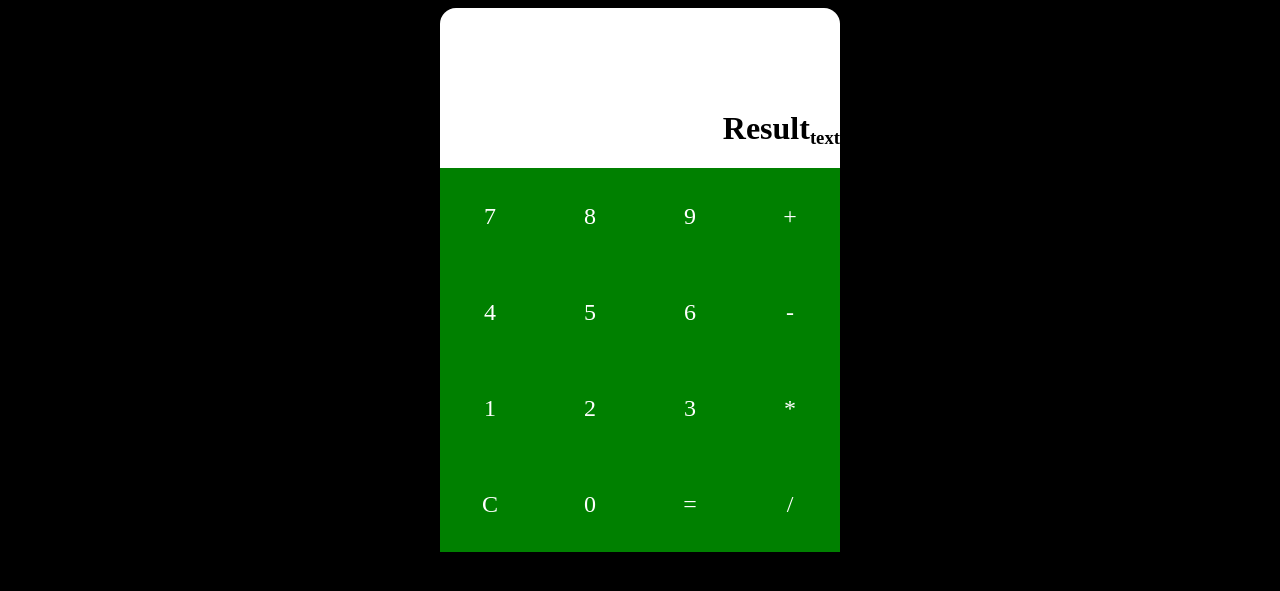
Repository: rajratangm/xcalculator
Page: /
An editor plug-in stored every save of this project. The page is shown before and after a run of saves, followed by the edit.
The browser window is 1280 px wide. The pictures show the whole page.
The project was rebuilt for these pictures with package versions that can differ from the ones it lists, and the page was loaded fresh each time. Also part of the build but not shown: vite.config.js.

Above is the page before, as saved 2024-04-02 19:10:34.

After the next 3 saves:
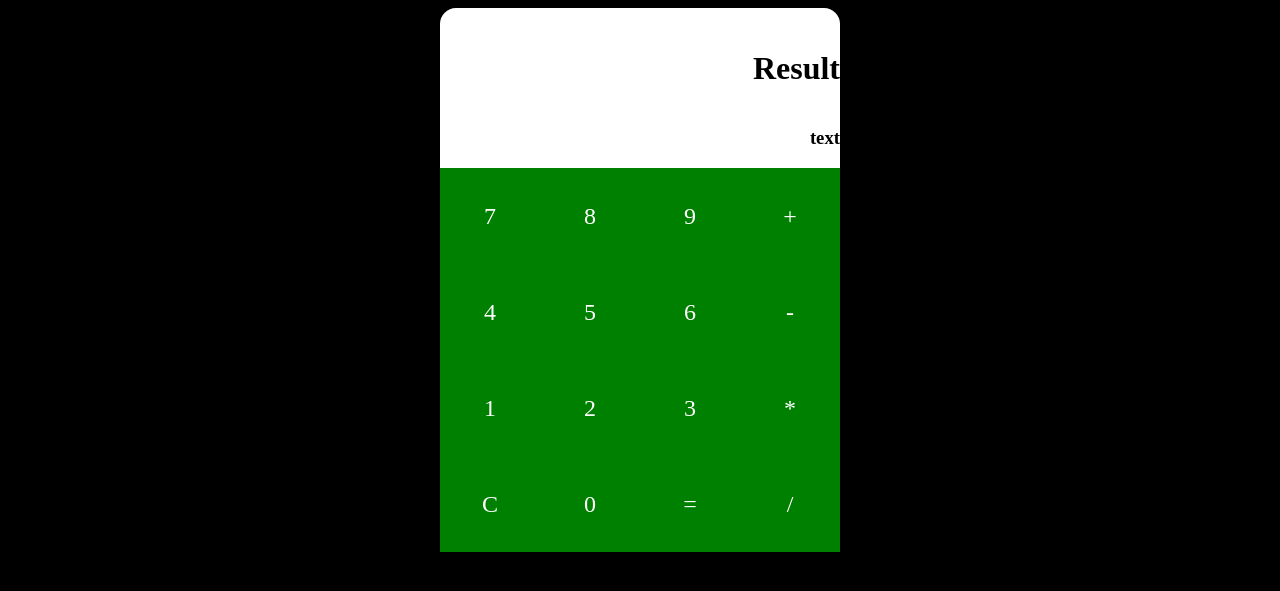
The 3 saves are shown as one change because they came seconds apart.
The last was saved 10 s later.
--- a/src/Component/Input/Input.css
+++ b/src/Component/Input/Input.css
@@ -3,5 +3,5 @@
     display: flex;
     justify-content: flex-end;
     align-items: flex-end;
-    /* flex */
+    flex-direction: column;
 }
